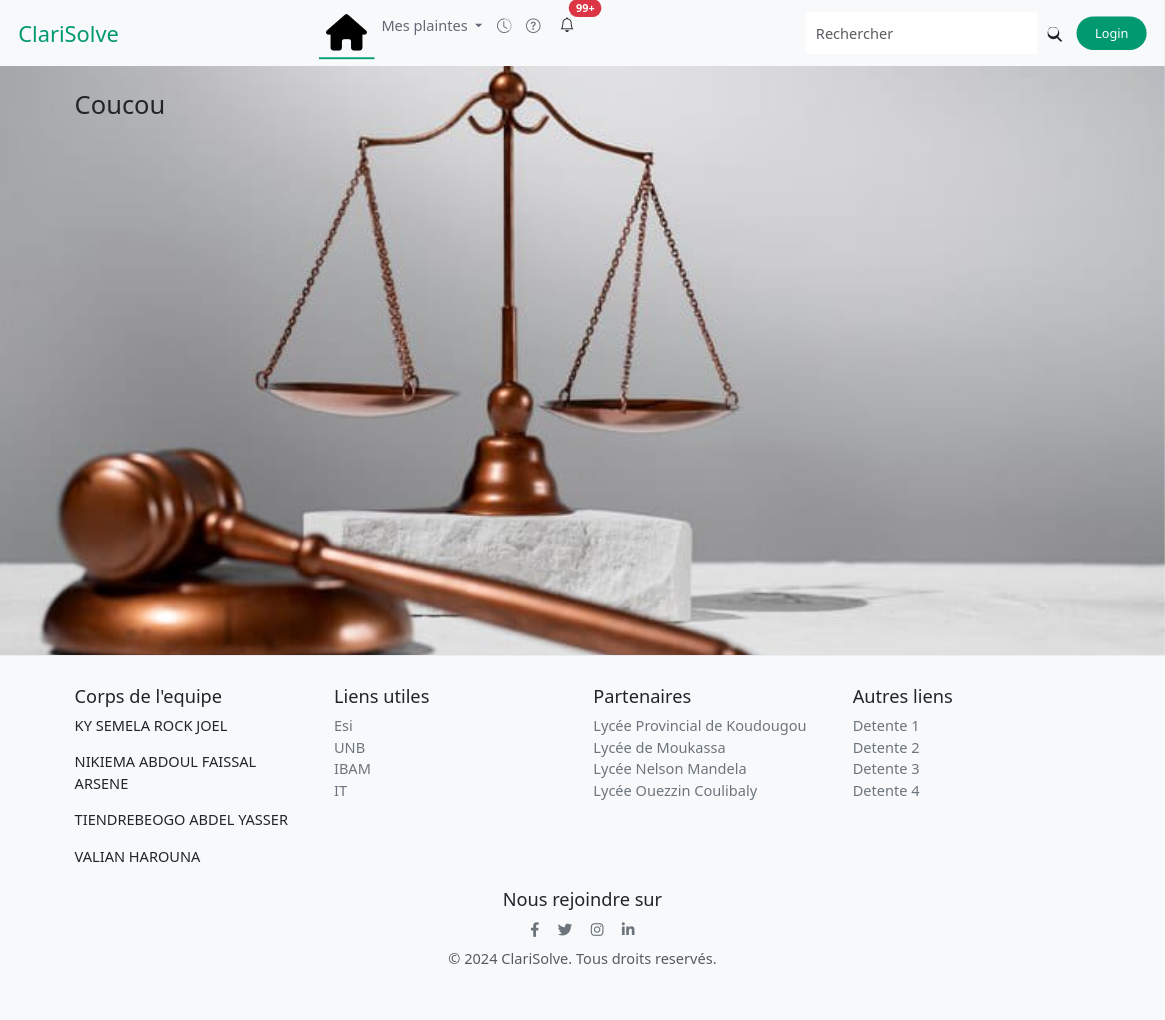
Repository: Senare1/PlaintEasy
Page: complaints/templates/complaints/home.html
These files come from the project's save history. The page is drawn as it stood at one moment and after the next save; the edit follows.
The browser window is 1280 px wide. The pictures show the whole page, at 91% of full size.
Some web libraries are served in a nearby version. The page is served by the project's application, run on Django 4.2 (manage.py). Other server files are loaded and not shown. The template is opened directly, without the code that normally fills it, so the values that code supplies are empty.

Above is the page before, as saved 2024-08-02 00:40:51.

### complaints/templates/complaints/home.html
{% extends 'complaints/base.html' %}

{% load static %}

{% block title %} Home {% endblock %}

{% block content %}

<div class="hero-section">
    <div class="container">
        <div class="row py-5">
            <h3>Coucou</h3>
        </div>
    </div>
</div>

{% endblock %}

### complaints/templates/complaints/base.html
{% load static %}
<!DOCTYPE html>
<html lang="en">
<head>
    <meta charset="UTF-8">
    <meta name="viewport" content="width=device-width, initial-scale=1.0">
    <title>{% block title %}{% endblock %}</title>

    <link href="https://cdn.jsdelivr.net/npm/bootstrap@5.3.3/dist/css/bootstrap.min.css" rel="stylesheet" integrity="sha384-QWTKZyjpPEjISv5WaRU9OFeRpok6YctnYmDr5pNlyT2bRjXh0JMhjY6hW+ALEwIH" crossorigin="anonymous">
    <link href="https://cdnjs.cloudflare.com/ajax/libs/font-awesome/6.1.1/css/all.min.css" rel="stylesheet">
    <link rel="stylesheet" href="https://cdnjs.cloudflare.com/ajax/libs/bootstrap-icons/1.10.0/font/bootstrap-icons.min.css">
    <link rel="stylesheet" href="{% static 'complaints/css/style.css' %}">
</head>
<body>
    <nav class="navbar navbar-expand-lg fixed-top" style="background-color:  #f8f9fa";>
        <div class="container-fluid">
          <a class="navbar-brand me-auto" href="#">ClariSolve</a>
          <div class="offcanvas offcanvas-end ok" tabindex="-1" id="offcanvasNavbar" aria-labelledby="offcanvasNavbarLabel">
            <div class="offcanvas-header">
              <button type="button" class="btn-close" data-bs-dismiss="offcanvas" aria-label="Close"></button>
            </div>
            <div class="offcanvas-body">
                <ul class="navbar-nav justify-content-center flex-grow-1 pe-3">
                    <li class="nav-item">
                    <a class="nav-link active" aria-current="page" href="#">
                        <i class="fa fa-home fs-1"></i>
                    </a>
                    </li>

                    <li class="nav-item dropdown">
                        <a class="nav-link dropdown-toggle" href="#" role="button" data-bs-toggle="dropdown" aria-expanded="false">
                          Mes plaintes
                        </a>
                        <ul class="dropdown-menu">
                          <li><a class="dropdown-item" href="#">Action</a></li>
                          <li>
                            <hr class="dropdown-divider">
                          </li>
                          <li>
                            <a class="dropdown-item" href="#">Pas de plainte déposée</a>
                        </li>
                        </ul>
                    </li>

                    <li class="nav-item">
                        <a class="nav-link" href="#"><i class="bi bi-clock-history"></i>
                          </a>
                    </li>

                    <li class="nav-item">
                        <a class="nav-link" href="#"><i class="bi bi-question-circle"></i>
                        </a>
                    </li>

                    <li class="nav-item">
                        <a href="" class="btn position-relative">
                            <i class="bi bi-bell"></i>
                            <span class="position-absolute top-0 start-100 translate-middle badge rounded-pill bg-danger">
                              99+
                              <span class="visually-hidden">unread messages</span>
                            </span>
                          </a>
                    </li>

                </ul>
                <form class="d-flex search-form" role="search">
                    <div class="input-group">
                        <input type="search" class="form-control search-input" placeholder="Rechercher" aria-label="Search">
                        <button class="btn search-button" type="submit">
                            <svg xmlns="http://www.w3.org/2000/svg" width="16" height="16" fill="currentColor" class="bi bi-search" viewBox="0 0 16 16">
                                <path d="M11.742 10.344a6.5 6.5 0 1 0-1.397 1.398h-.001c.03.04.062.078.098.115l3.85 3.85a1 1 0 0 0 1.415-1.415l-3.85-3.85a1.007 1.007 0 0 0-.115-.099zm-5.442-.345a5.5 5.5 0 1 1 0-11 5.5 5.5 0 0 1 0 11z"/>
                            </svg>
                        </button>
                    </div>
                </form>
            </div>
          </div>
          <a href="#" class="login-button">Login</a>
          <button class="navbar-toggler pe-2" type="button" data-bs-toggle="offcanvas" data-bs-target="#offcanvasNavbar" aria-controls="offcanvasNavbar" aria-label="Toggle navigation">
              <span class="navbar-toggler-icon"></span>
          </button>
        </div>
    </nav>
    <!--End Navbar-->

    <!--Start Hero section-->
 {% block content %}

 {% endblock %}
    <!--End Hero section-->

<!--Start Footer-->
<footer class="footer">
    <div class="container mx-auto">
        <div class="row">
            <div class="col">
                <h5>Corps de l'equipe </h5>
                <p>KY SEMELA ROCK JOEL</p>
                <p>NIKIEMA ABDOUL FAISSAL ARSENE</p>
                <p>TIENDREBEOGO ABDEL YASSER</p>
                <p>VALIAN HAROUNA</p>
            </div>
            <div class="col">
                <h5>Liens utiles</h5>
                <ul class="list-unstyled">
                    <li><a href="#">Esi</a></li>
                    <li><a href="#">UNB</a></li>
                    <li><a href="#">IBAM</a></li>
                    <li><a href="#">IT</a></li>
                </ul>
            </div>
            <div class="col">
                <h5>Partenaires</h5>
                <ul class="list-unstyled">
                    <li><a href="#">Lycée Provincial de Koudougou</a></li>
                    <li><a href="#">Lycée de Moukassa</a></li>
                    <li><a href="#">Lycée Nelson Mandela</a></li>
                    <li><a href="#">Lycée Ouezzin Coulibaly</a></li>
                </ul>
            </div>

            <div class="col">
                <h5>Autres liens</h5>
                <ul class="list-unstyled">
                    <li><a href="#">Detente 1</a></li>
                    <li><a href="#">Detente 2</a></li>
                    <li><a href="#">Detente 3</a></li>
                    <li><a href="#">Detente 4</a></li>
                </ul>
            </div>

        </div>
        <div class="row my-2">
            <h5 class="text-center">Nous rejoindre sur</h5>
            <div class="social-icons col-12 text-center">
                <a href="#"><i class="fab fa-facebook-f"></i></a>
                <a href="#"><i class="fab fa-twitter"></i></a>
                <a href="#"><i class="fab fa-instagram"></i></a>
                <a href="#"><i class="fab fa-linkedin-in"></i></a>
            </div>
        </div>
        <div class="row my-2">
            <div class="col-12 text-center">
                <p class="text-muted">&copy; 2024 ClariSolve. Tous droits reservés.</p>
            </div>
        </div>
    </div>
</footer>
<!--End Footer-->


<script src="https://cdn.jsdelivr.net/npm/bootstrap@5.3.3/dist/js/bootstrap.bundle.min.js" integrity="sha384-YvpcrYf0tY3lHB60NNkmXc5s9fDVZLESaAA55NDzOxhy9GkcIdslK1eN7N6jIeHz" crossorigin="anonymous"></script>
</body>
</html>

### ClariSolve/urls.py
from django.contrib import admin
from django.urls import path,include

urlpatterns = [
    path('admin/', admin.site.urls),
    path('',include('accounts.urls')),
    path('complaints/',include('complaints.urls'))
]

### accounts/urls.py
from django.urls import path
from . import views

urlpatterns = [
    path('',views.log_in,name="login"),
    path('signup/',views.signup,name="signup"),

    path('treated/',views.treated,name='treated'),
    path('rejection/',views.rejection,name='rejection'),
    path('dashboard/',views.dashboard,name='dashboard'),
    path('receiving/',views.receiving,name='receiving'),
    path('statistics/',views.statistics,name='statistics'),
    path('running/',views.running,name='running'),
    path('chat/',views.chat,name='chat'),
    path('logout/',views.log_out,name='logout'),

    path('users/',views.users,name='users'),
    path('users/signup_user/',views.signup_user,name="signup_user"),
    path('users/all_users/',views.all_users,name="all_users"),
    path('users/all_citozens/',views.all_citozens,name="all_citozens"),
    path('users/all_customers/',views.all_customers,name="all_customers"),
    path('users/<str:email>/',views.delete,name="delete"),

    path('settings/',views.settings,name='settings'),
    path('profile/',views.profile,name='profile')
]

### complaints/urls.py
from django.urls import path,include
from . import views

urlpatterns = [
    path("",views.home,name="home"),
]

### complaints/static/complaints/css/style.css
.navbar{
    background-color: #fff;
    /*height: 80px;*/
    font-size: 16px;
    /*margin: 20px;
    border-radius: 40px;*/
    padding: 0.5rem;
}


.navbar-brand{
    color: #009970;
    font-weight: 500;
    font-size: 24px;
    transition: 0.3s color;
}
.login-button{
    background-color: #009970;
    font-size: 14px;
    color: #fff;
    padding: 8px 20px;
    border-radius: 50px;
    text-decoration: none;
    transition: 0.3s background-color;
}

.login-button:hover{
    background-color: #00b383;
}

.navbar-toggler{
    border: none;
    font-size: 1.25rem;
}
.navbar-toggler:focus,.btn-close:focus{
    box-shadow: none;
    outline: none;
}

.nav-link{
    color: #666777;
    font-weight: 500;
    position: relative;
}

.nav-link:hover,.nav-link.active{
    color: #000;
}
@media(min-width:991px){
    .nav-link::before{
        content: "";
        position: absolute;
        bottom: 0;
        left: 50%;
        transform: translateX(-50%);
        width: 0;
        height: 2px;
        background-color: #009970;
        visibility: hidden;
        transition: 0.3s ease-in-out;
    }

    .nav-link:hover::before,.nav-link.nav-link.active::before{
        width: 100%;
        visibility: visible;
    }
}

.hero-section{
    background : url(../image/law.jpeg) no-repeat center;
    background-size: cover;
    width: 100%;
    height: 100vh;
    padding-top: 50px;
}

/* Contrôle de la barre de recherche*/
.search-form {
    border-radius: .10rem;
    padding: 0.3rem;
}
.search-input {
    border: none;
    box-shadow: none;
}
.search-input:focus {
    border: none;
    box-shadow: none;
    outline: none;
}
.search-button {
    border: none;
    box-shadow: none;
}
.search-button:focus {
    outline: none;
}

/* End footer*/

/* Start footer*/

.footer {
    background-color: #f8f9fa;
    padding: 2rem 0;
    border-top: 1px solid #e9ecef;
}
.footer a {
    color: #6c757d;
    text-decoration: none;
}
.footer a:hover {
    text-decoration: underline;
}
.social-icons a {
    margin: 0 0.5rem;
    color: #6c757d;
}
.social-icons a:hover {
    color: #495057;
}


/* End footer*/

After the next save:
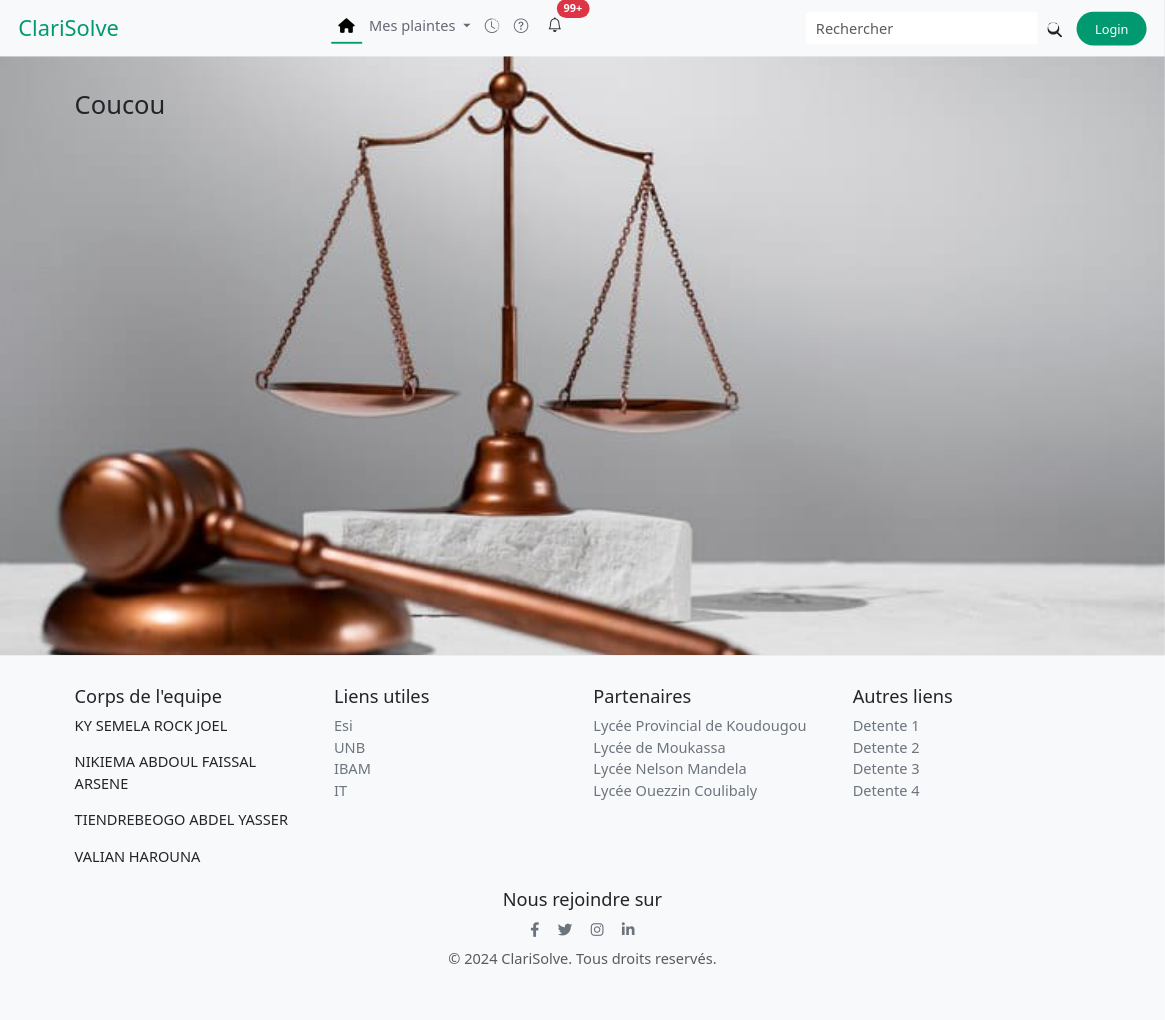
Saved 25 s later.
--- a/complaints/templates/complaints/base.html
+++ b/complaints/templates/complaints/base.html
@@ -23,7 +23,7 @@
                 <ul class="navbar-nav justify-content-center flex-grow-1 pe-3">
                     <li class="nav-item">
                     <a class="nav-link active" aria-current="page" href="#">
-                        <i class="fa fa-home fs-1"></i>
+                        <i class="fa fa-home"></i>
                     </a>
                     </li>
 
